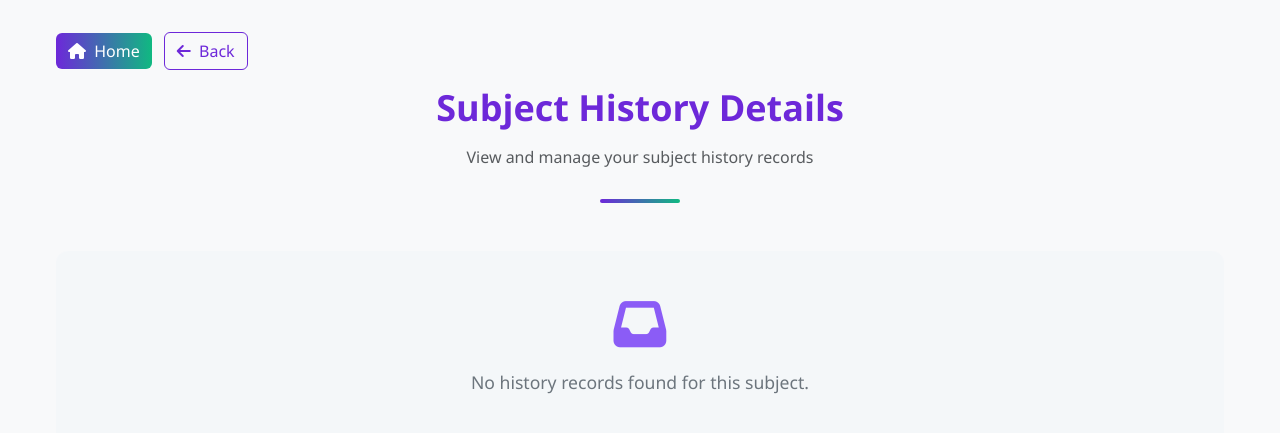
Repository: krishgobi/MedicoApp
Page: templates/subject_history_details.html
The author's editor kept a copy of each file at every save. The page is drawn from the files as they stood at one save, then again after the next save.
The browser window is 1280 px wide. The pictures show the whole page.
The page is served by the project's application, run on Flask 3 (chatbot_gemini_backend.py). The template is opened directly, without the code that normally fills it, so the values that code supplies are empty.

Above is the page before, as saved 2025-06-24 14:59:58.

After the next save:
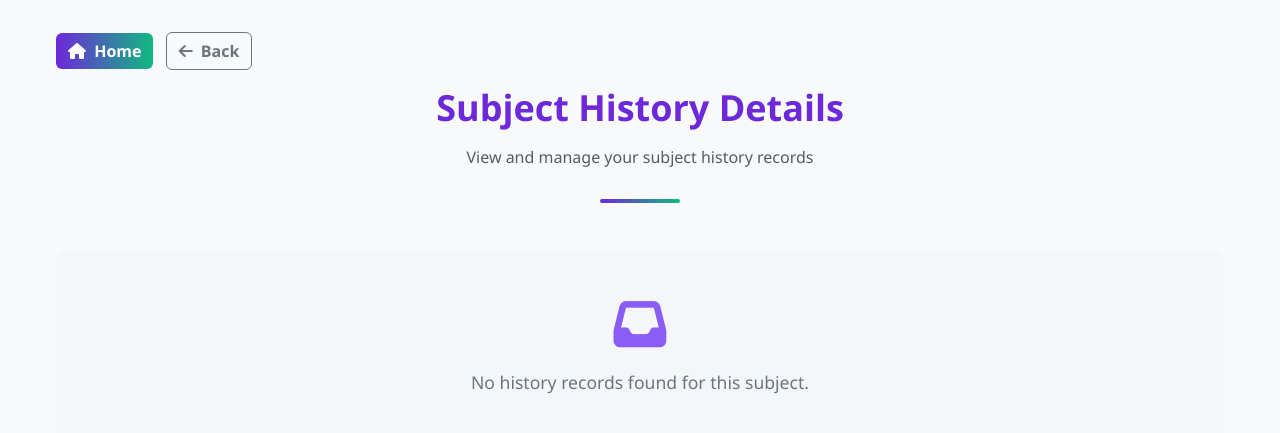
Saved 21 s later.
--- a/templates/subject_history_details.html
+++ b/templates/subject_history_details.html
@@ -268,10 +268,10 @@
     <div class="main-container">
         <div class="d-flex justify-content-between align-items-center mb-3">
             <div>
-                <a href="/dashboard" class="btn btn-primary me-2" style="background: linear-gradient(90deg, var(--primary) 0%, var(--secondary) 100%); border: none;">
+                <a href="/dashboard" class="btn btn-primary me-2" style="background: linear-gradient(90deg, var(--primary) 0%, var(--secondary) 100%); border: none; font-weight: 600;">
                     <i class="fas fa-home me-1"></i> Home
                 </a>
-                <button onclick="window.history.back()" class="btn btn-outline-secondary" style="border-color: var(--primary); color: var(--primary);">
+                <button onclick="window.history.back()" class="btn btn-outline-secondary" style="font-weight: 600;">
                     <i class="fas fa-arrow-left me-1"></i> Back
                 </button>
             </div>
